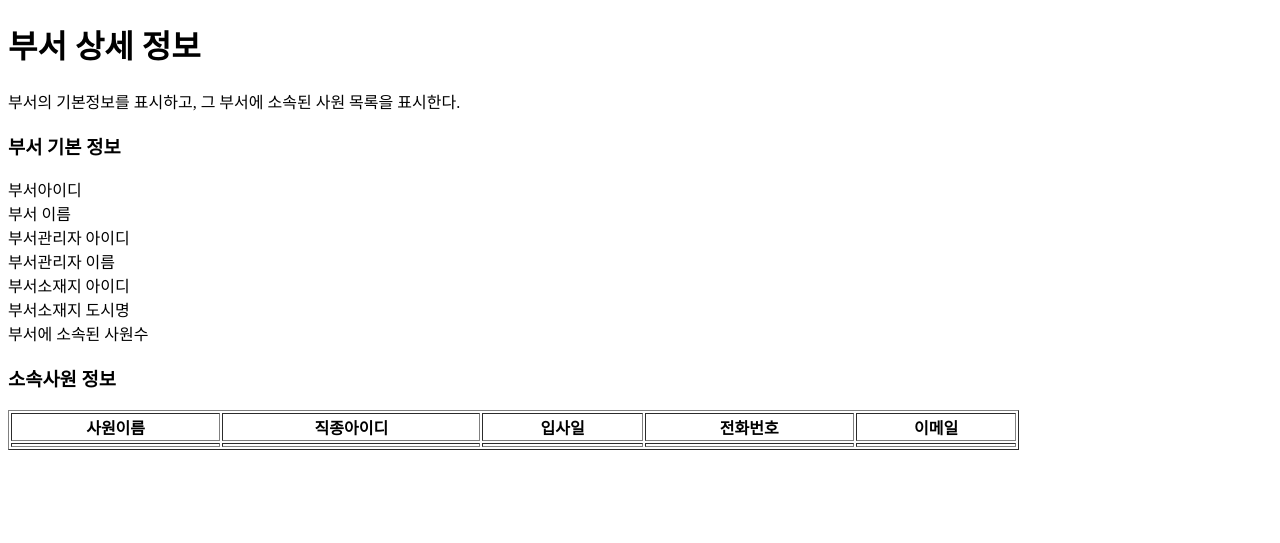
Repository: onuo77/HTA
Page: http://localhost/sample/hr/dept/detail.jsp
The author's editor kept a copy of each file at every save. The page is drawn from the files as they stood at one save, then again after the next save.
The browser window is 1280 px wide. The pictures show the whole page.
The page is served by Tomcat 9.

Above is the page before, as saved 2021-05-21 00:47:53.

After the next save:
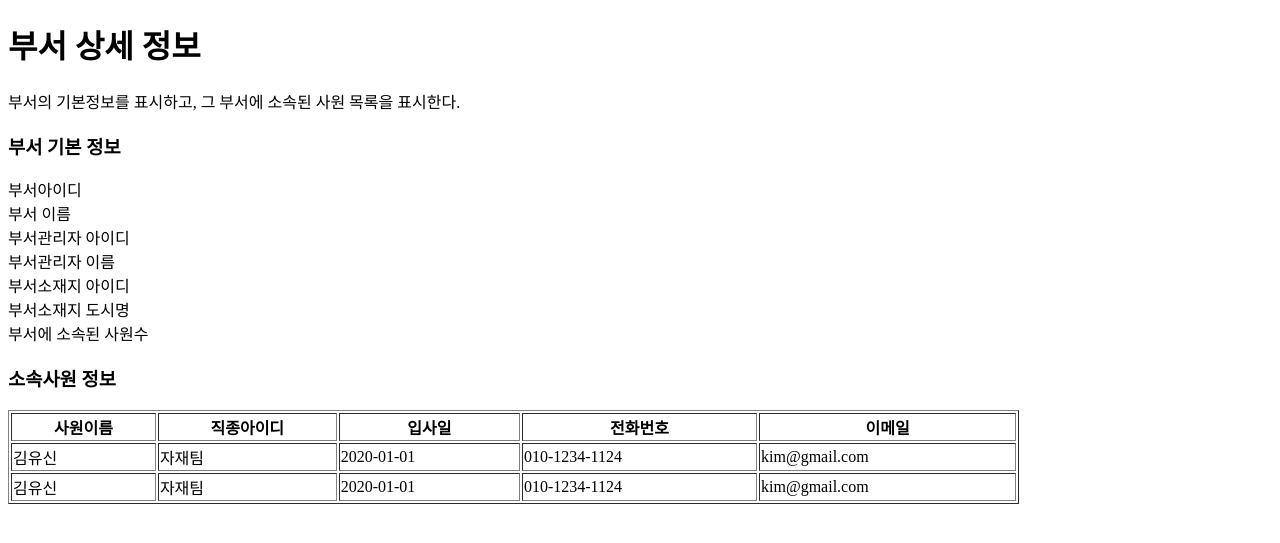
Saved 90 s later.
--- a/java-web/sample/src/main/webapp/hr/dept/detail.jsp
+++ b/java-web/sample/src/main/webapp/hr/dept/detail.jsp
@@ -36,11 +36,18 @@
 		</thead>
 		<tbody>
 			<tr>
-				<td></td>
-				<td></td>
-				<td></td>
-				<td></td>
-				<td></td>
+				<td>김유신</td>
+				<td>자재팀</td>
+				<td>2020-01-01</td>
+				<td>010-1234-1124</td>
+				<td>kim@gmail.com</td>
+			</tr>
+			<tr>
+				<td>김유신</td>
+				<td>자재팀</td>
+				<td>2020-01-01</td>
+				<td>010-1234-1124</td>
+				<td>kim@gmail.com</td>
 			</tr>
 		</tbody>
 	</table>
